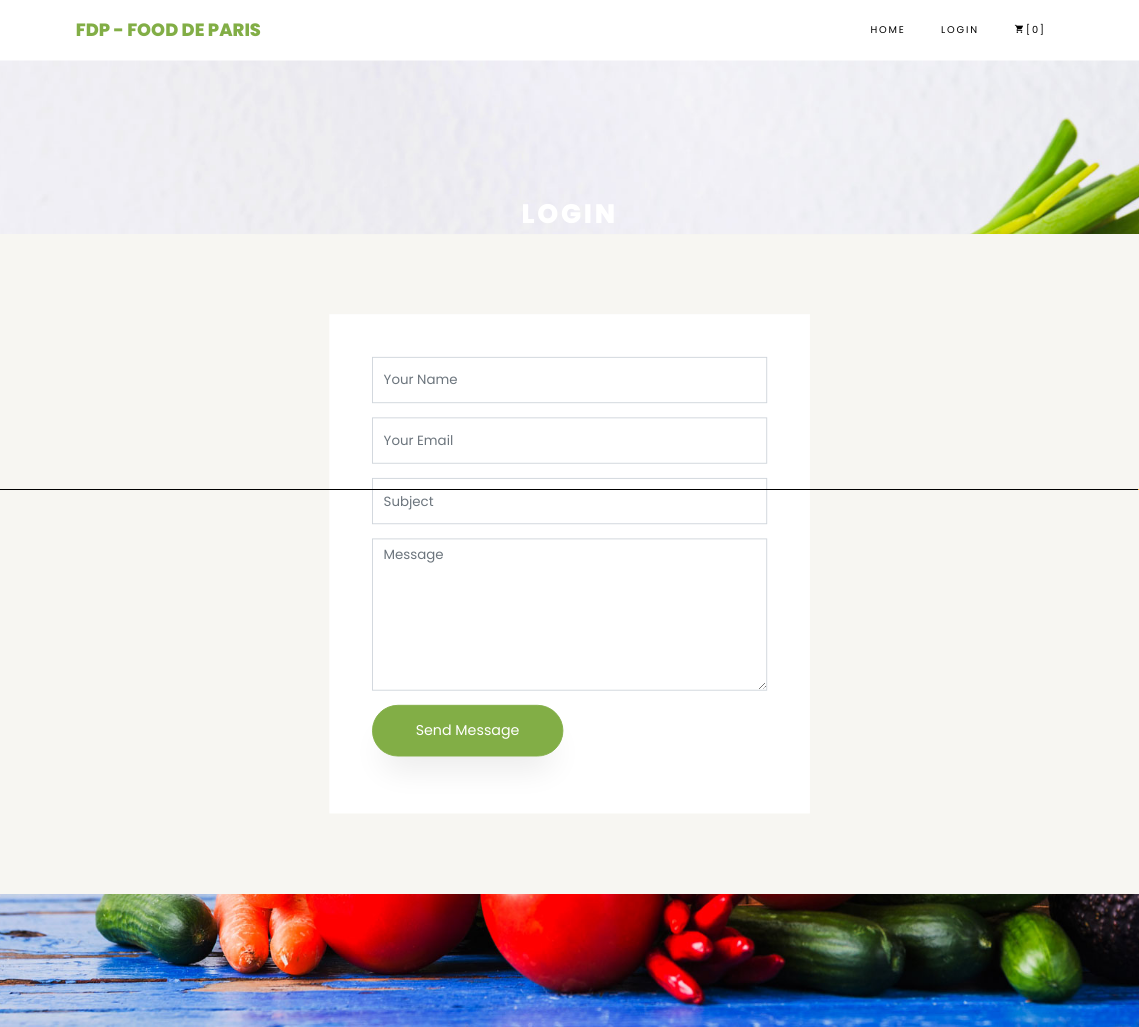
Repository: MacCampers/java-stuff
Page: workspaceJSP/projetRestaurant/WebContent/login.html
An editor plug-in stored every save of this project. The page is shown before and after the next save, followed by the edit.
The browser window is 1280 px wide. The pictures show the whole page, at 89% of full size.
Some web fonts or font styles are not loaded; a fallback is used.

Above is the page before, as saved 2020-02-07 14:12:38.

After the next save:
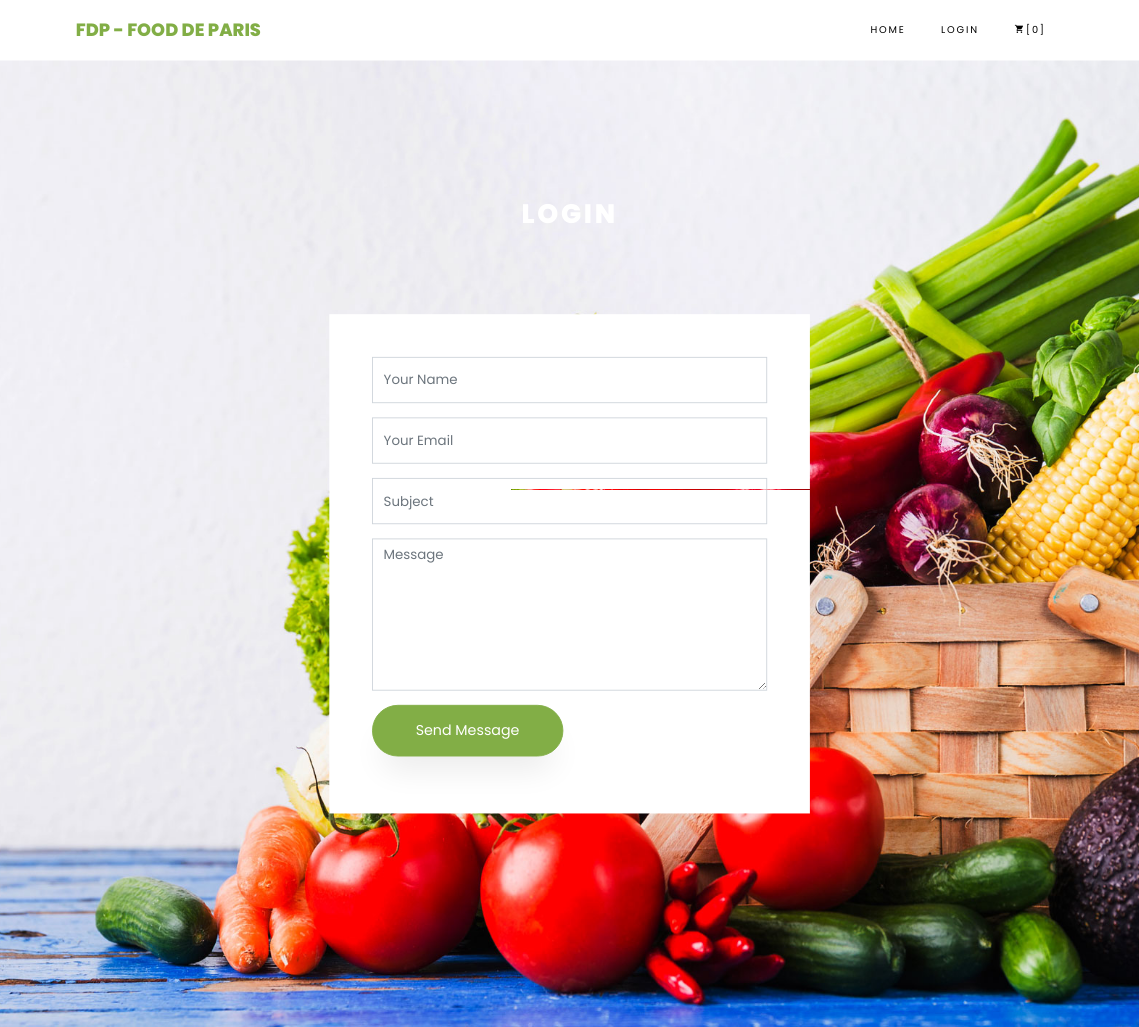
Saved 26 s later.
--- a/workspaceJSP/projetRestaurant/WebContent/login.html
+++ b/workspaceJSP/projetRestaurant/WebContent/login.html
@@ -67,7 +67,7 @@
 			</div>
 		</div>
 
-	<section class="ftco-section contact-section bg-light">
+	<section class="ftco-section contact-section">
 		<div class="container">
 
 
